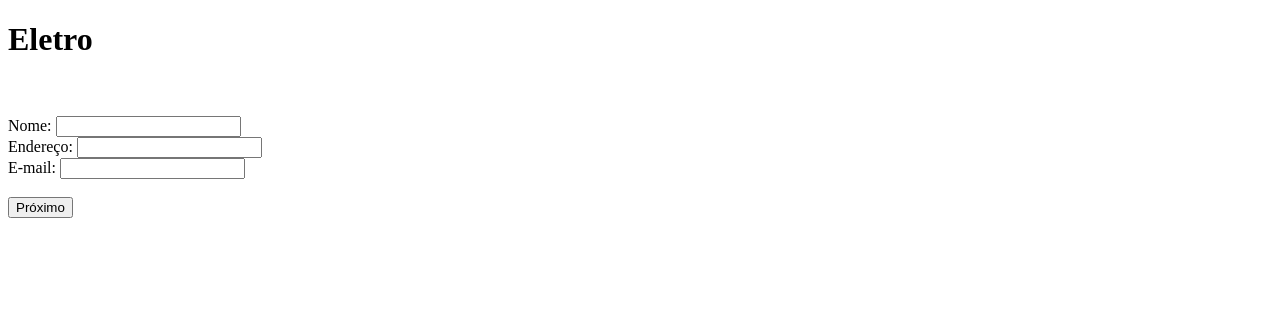
Repository: lucas-zanette/Treinamentos
Page: http://localhost/Censo2018_BD/eletro.jsp
An editor plug-in stored every save of this project. The page is shown before and after the next save, followed by the edit.
The browser window is 1280 px wide. The pictures show the whole page.
The page is served by Tomcat 9. Other server files are loaded and not shown. Queries for data that is not in the repository find no rows.

Above is the page before, as saved 2018-01-22 22:10:14.

### JEE-Jan2018/Censo2018_BD/WebContent/eletro.jsp
<%@page import="control.BD_Gerenciado"%>
<%@page import="java.sql.ResultSet"%>
<%@page import="java.sql.SQLException"%>
<%@page import="java.sql.PreparedStatement"%>
<%@page import="control.BdFactory"%>
<%@page import="java.sql.Connection"%>
<%@page import="control.Sessao"%>
<%@ page language="java" contentType="text/html; charset=UTF-8"
	pageEncoding="UTF-8"%>
<!DOCTYPE html PUBLIC "-//W3C//DTD HTML 4.01 Transitional//EN" "http://www.w3.org/TR/html4/loose.dtd">
<html>
<head>
<meta http-equiv="Content-Type" content="text/html; charset=UTF-8">
<title>Insert title here</title>
</head>

<body>

	<%
		//gravar os dados da pessoa
		//Connection con = BdFactory.getInstance().getConnection();

		Connection con = BD_Gerenciado.getConnection();

		PreparedStatement ps;
		try {
			ps = con.prepareStatement("insert into Pessoas(nome, endereco, email) values(?, ?, ?)");
			ps.setString(1, request.getParameter("nome"));
			ps.setString(2, request.getParameter("endereco"));
			ps.setString(3, request.getParameter("email"));

			ps.execute();

		} catch (SQLException e) {
			// TODO Auto-generated catch block
			e.printStackTrace();
		}

		//resgata ultimo codigo da pessoa
		ps = con.prepareStatement("select last_insert_id()");
		ResultSet rs = ps.executeQuery();
		int codPessoa = 0;
		if (rs.next()) {
			codPessoa = rs.getInt(1);
		}

		//salva na sessao o codigo da pessoa
		session.setAttribute("cod", new Integer(codPessoa));

		ps.close();
		con.close();
	%>

	<tl:MinhaTag />

	<form method="POST" action="Pet.jsp">
	<H1>Eletro</H1>
	<br>
	<br>
	Nome: <input type="text" size="20" name="nome"><br>
	Endereço: <input type="text" size="20" name="endereco"><br>
	E-mail: <input type="text" size="20" name="email"><br>
	<br>

	<INPUT TYPE=submit name=submit value="Próximo">
	</form>

</body>
</html>

### JEE-Jan2018/Censo2018_BD/src/control/BD_Gerenciado.java
package control;

import java.sql.Connection;
import java.sql.SQLException;

import javax.naming.InitialContext;
import javax.naming.NamingException;
import javax.sql.DataSource;

public class BD_Gerenciado {

	public static Connection getConnection(){

		InitialContext iniCtx;

		try {
			iniCtx = new InitialContext();
			DataSource ds = (DataSource) iniCtx.lookup("java:/comp/env/jdbc/exemplo-ds");
			Connection conn = ds.getConnection();
			return conn;

		} catch (NamingException | SQLException e) {
			// TODO Auto-generated catch block
			e.printStackTrace();
		}

		return null;

	}

}

### JEE-Jan2018/Censo2018_BD/src/taglibs/MinhaTag.java
package taglibs;

import java.io.IOException;
import java.sql.Connection;
import java.sql.PreparedStatement;
import java.sql.ResultSet;
import java.sql.SQLException;

import javax.servlet.jsp.JspWriter;
import javax.servlet.jsp.tagext.SimpleTagSupport;

import control.BD_Gerenciado;

public class MinhaTag extends SimpleTagSupport {

	public void doTag() throws IOException {
		JspWriter out = getJspContext().getOut();



		Connection con = BD_Gerenciado.getConnection();

		PreparedStatement ps;
		try {
			ps = con.prepareStatement("select count(*) Pessoas");
			ResultSet rs = ps.executeQuery();
			int count = 0;
			if (rs.next()) {
				count += 1;
			}

			out.println("<H1>Pessoas responderam a pesquisa</H1>");

		} catch (SQLException e1) {
			// TODO Auto-generated catch block
			e1.printStackTrace();
		}
	}
}

After the next save:
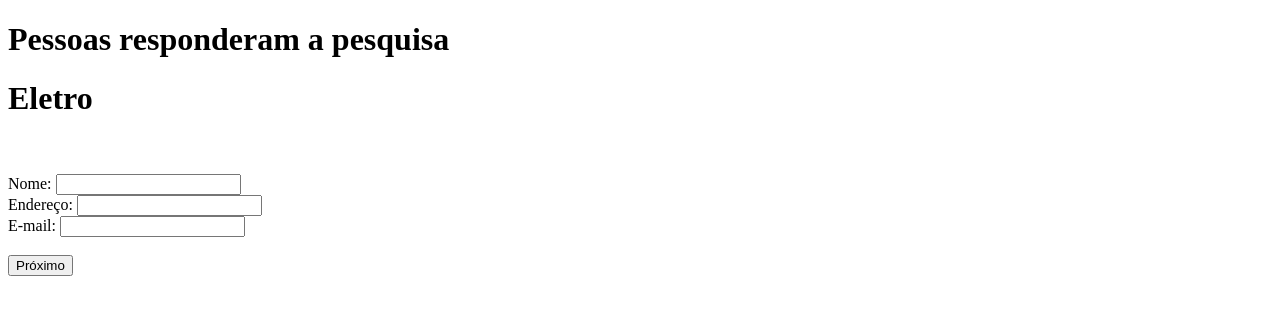
Saved 4 min 17 s later.
--- a/JEE-Jan2018/Censo2018_BD/WebContent/eletro.jsp
+++ b/JEE-Jan2018/Censo2018_BD/WebContent/eletro.jsp
@@ -8,6 +8,7 @@
 <%@ page language="java" contentType="text/html; charset=UTF-8"
 	pageEncoding="UTF-8"%>
 <!DOCTYPE html PUBLIC "-//W3C//DTD HTML 4.01 Transitional//EN" "http://www.w3.org/TR/html4/loose.dtd">
+<%@ taglib prefix="tl" uri="WEB-INF/definicaoTagsAux.tld" %>
 <html>
 <head>
 <meta http-equiv="Content-Type" content="text/html; charset=UTF-8">
